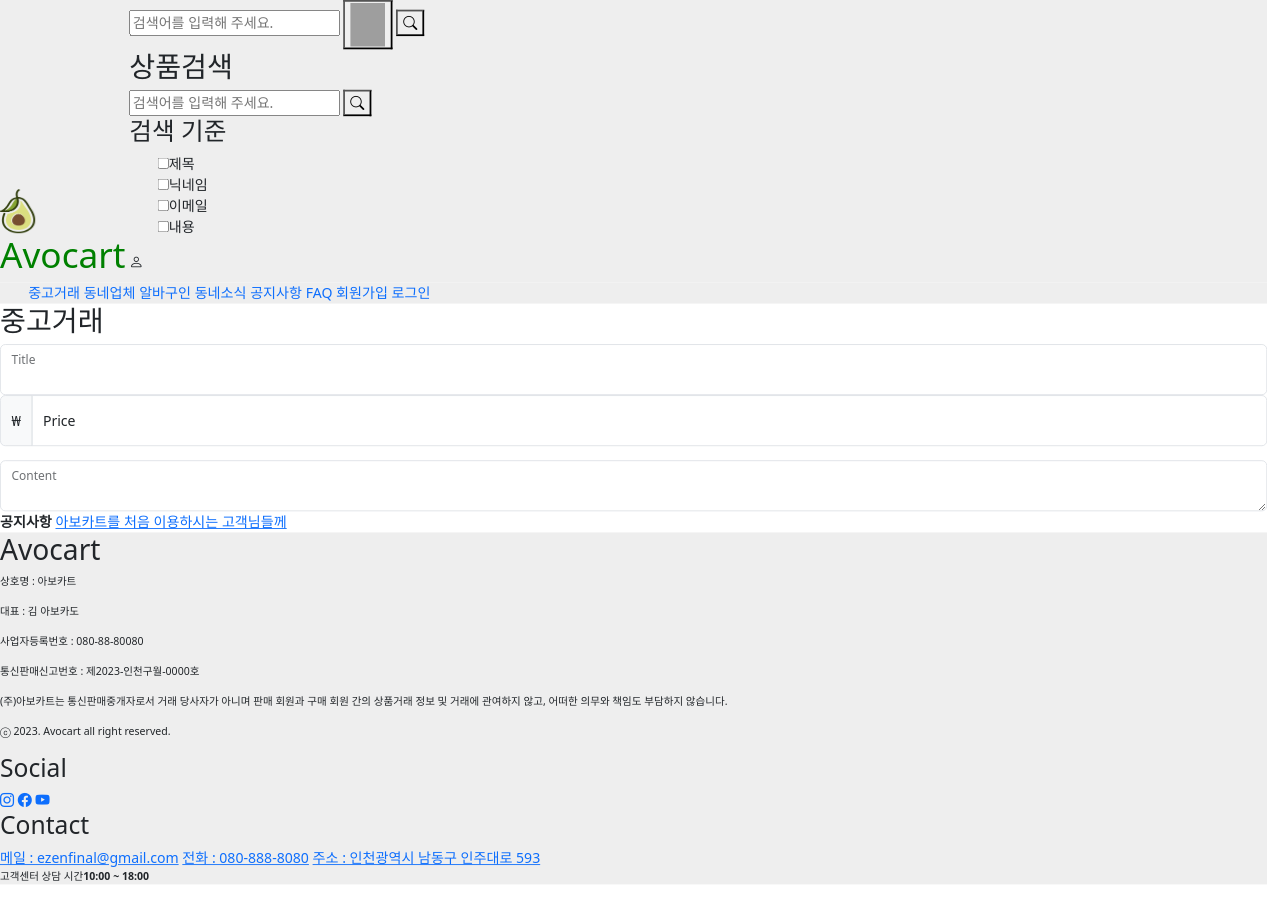
Repository: kimms0311/finalProject
Page: http://localhost/finalProject/WEB-INF/views/joongo/register.jsp
The author's editor kept a copy of each file at every save. The page is drawn from the files as they stood at one save, then again after the next save.
The browser window is 1280 px wide. The page is 1440 px wide, so the pictures cover 1440 px, including what lies to the right of the window. The pictures show the whole page, at 88% of full size.
Pictures or frames that could not be fetched are drawn as grey boxes. The page is served by Tomcat 9. Nobody is signed in. The template is opened directly, without the code that normally fills it, so the values that code supplies are empty.

Above is the page before, as saved 2023-11-15 12:33:03.

After the next save:
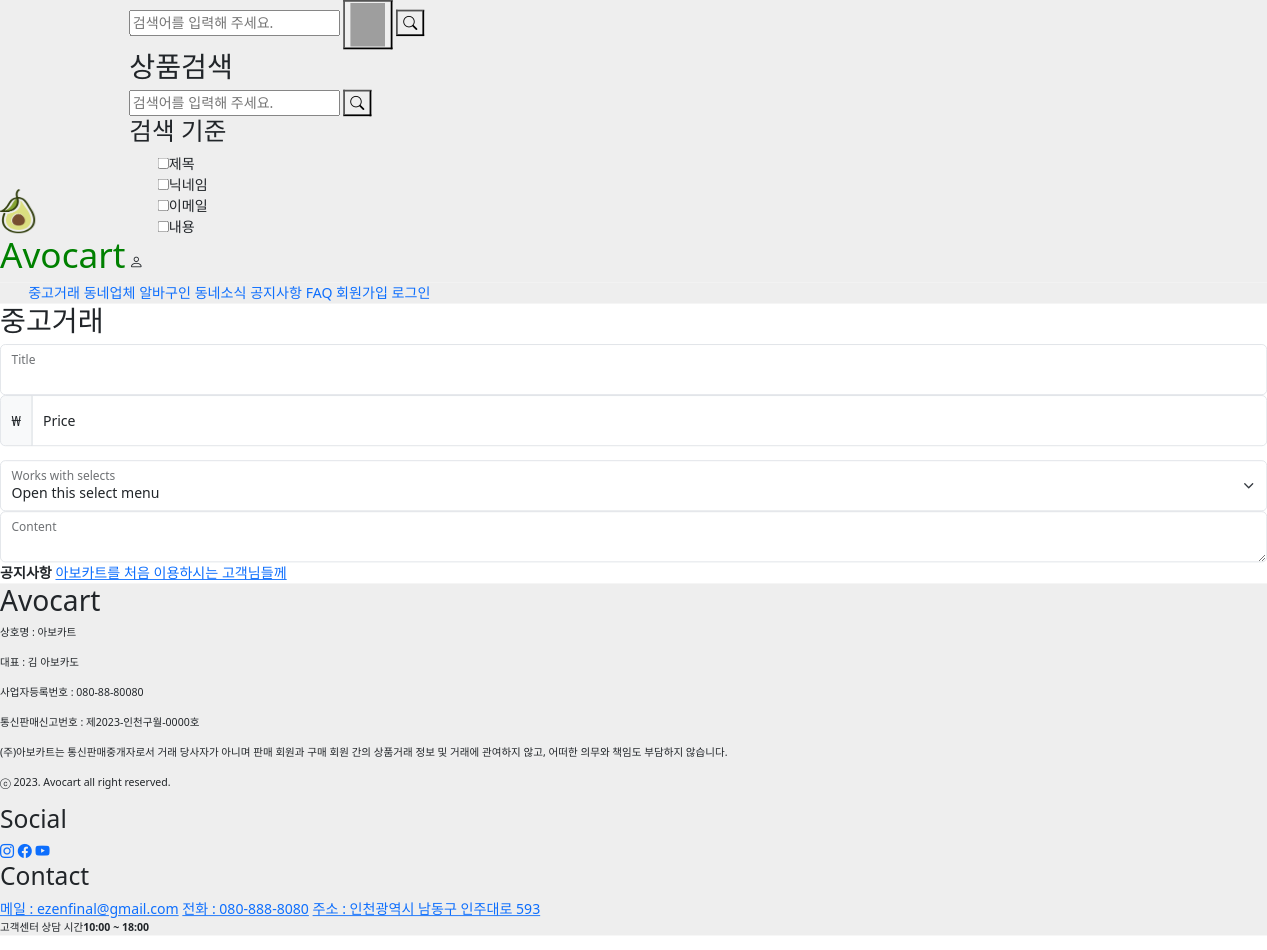
Saved 40 s later.
--- a/finalProject/src/main/webapp/WEB-INF/views/joongo/register.jsp
+++ b/finalProject/src/main/webapp/WEB-INF/views/joongo/register.jsp
@@ -25,6 +25,15 @@
 	  </div>
 	</div>
 	<div class="form-floating">
+      <select class="form-select" id="floatingSelectGrid">
+        <option selected>Open this select menu</option>
+        <option value="1">One</option>
+        <option value="2">Two</option>
+        <option value="3">Three</option>
+      </select>
+      <label for="floatingSelectGrid">Works with selects</label>
+    </div>
+	<div class="form-floating">
 		<textarea class="form-control" id="content" name="proContent"></textarea>
 		<label for="content">Content</label>
 	</div>
